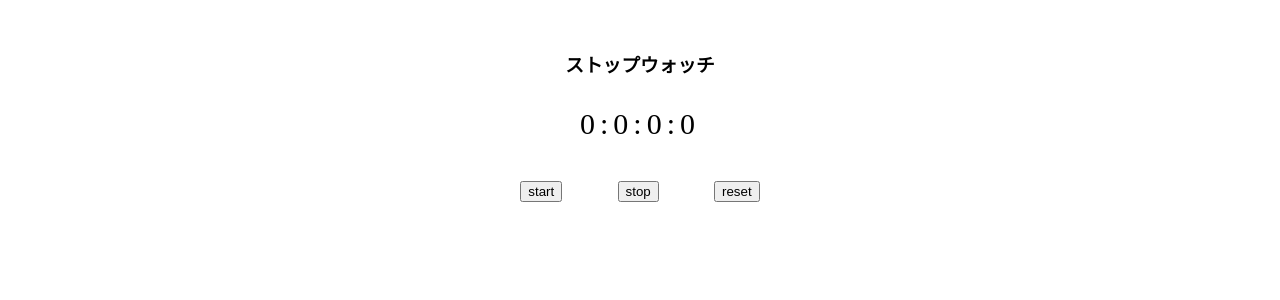
Repository: Kokoro-jp/stopWatchApp
Page: index.html
The author's editor kept a record of every edit. The page is drawn from the files as they stood at one moment, then again after the next edit.
The browser window is 1280 px wide. The pictures show the whole page.
Some web libraries are served in a nearby version.

Above is the page before.
Console error: SyntaxError: Unexpected token ')'

After the next edit:
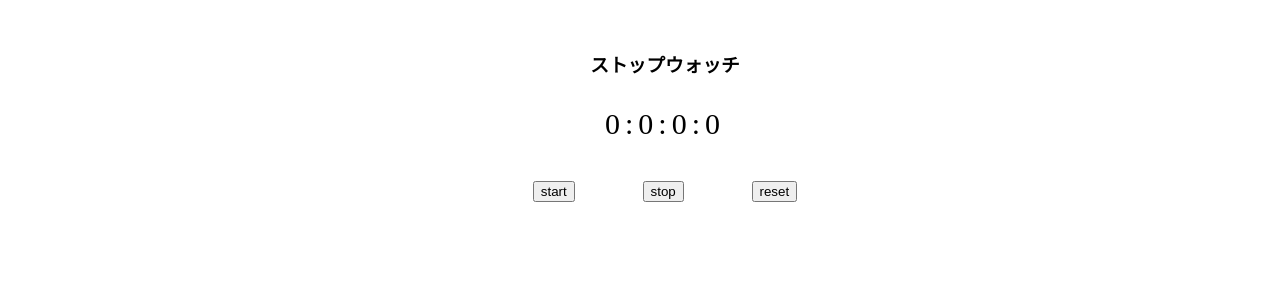
The edit:
--- a/index.html
+++ b/index.html
@@ -8,15 +8,17 @@
       </head>
 
       <body>
-        <h3 class="title">ストップウォッチ</h3>
-        <div id="timer">0:0:0:0</div>
-        <div>
-        <div class="buttons">
-          <input id="start" type="button" value="start">
-          <input id="stop" type="button" value="stop">
-          <input id="reset" type="button" value="reset">
+
+
+        <div class="container">
+          <h3 class="title">ストップウォッチ</h3>
+          <div id="timer">0:0:0:0</div>
+          <div class="buttons">
+            <input id="start" type="button" value="start">
+            <input id="stop" type="button" value="stop">
+            <input id="reset" type="button" value="reset">
+          </div>
         </div>
-
 
 
 
